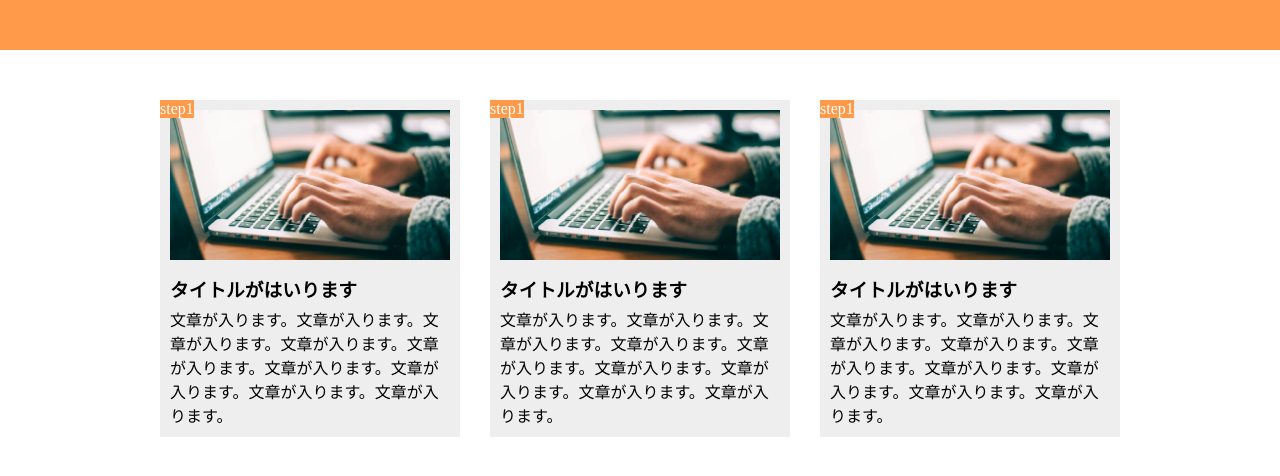
Repository: HARUNIKA/dmm-webcamp
Page: chapter9/chapter9.html
The author's editor kept a record of every edit. The page is drawn from the files as they stood at one moment, then again after the next edit.
The browser window is 1280 px wide. The pictures show the whole page.

Above is the page before.

### chapter9/chapter9.html
<!DOCTYPE html>
<html lang="ja">
  <head>
    <meta charset="UTF-8" />
    <link rel="stylesheet" href="chapter9.css" />
    <title>９章演習</title>
  </head>
  <body>
    <header></header>
    <main>
      <div class="step-box">
        <div class="step-img1"></div>
        <span class="step-num">step1</span>
        <h3 class="title">タイトルがはいります</h3>
        <p class="text">文章が入ります。文章が入ります。文章が入ります。文章が入ります。文章が入ります。文章が入ります。文章が入ります。文章が入ります。文章が入ります。</p>
      </div>
       <div class="step-box">
        <div class="step-img1"></div>
        <span class="step-num">step1</span>
        <h3 class="title">タイトルがはいります</h3>
        <p class="text">文章が入ります。文章が入ります。文章が入ります。文章が入ります。文章が入ります。文章が入ります。文章が入ります。文章が入ります。文章が入ります。</p>
      </div>
       <div class="step-box">
        <div class="step-img1"></div>
        <span class="step-num">step1</span>
        <h3 class="title">タイトルがはいります</h3>
        <p class="text">文章が入ります。文章が入ります。文章が入ります。文章が入ります。文章が入ります。文章が入ります。文章が入ります。文章が入ります。文章が入ります。</p>
      </div>
    </main>
  </body>

### chapter9/chapter9.css
* {
  box-sizing: border-box;
  margin: 0;
  padding: 0;
}

header{
  height: 50px;
  background-color: #ff9a4b;
}

main{
  width: 960px;
  margin: 50px auto;
  display: flex;
}

.step-box {
  width: 300px;
  margin-right: 30px;
  padding: 10px;
  position: relative;
  background-color: #eee;
}

.step-box:last-child {
  margin-right: 0;
}

.step-img1{
  height: 150px;
  background-image: url(img/flow01.png);
  background-position: bottom;
  background-size: cover;
}

.step-img2{
  height: 150px;
  background-image: url(img/flow02.png);
  background-position: bottom;
  background-size: cover;
}

.step-img3{
  height: 150px;
  background-image: url(img/flow03.png);
  background-position: bottom;
  background-size: cover;
}

.step-num{
  position: absolute;
  top: 0;
  left: 0;
  background-color: #ff9a4b;
  color: #fff;
}

.title{
  margin: 15px 0 5px;
}

footer{
  height: 50px;
  background-color: #aaa;
}

@media screen and (max-width:768px){
  header{
    width:100%;
  }

  main{
    width: 100%;
    display: block;
  }

  .step-box{
    width: 100%;
  }

  .padding{
    margin-bottom: 50px;
  }

After the next edit:
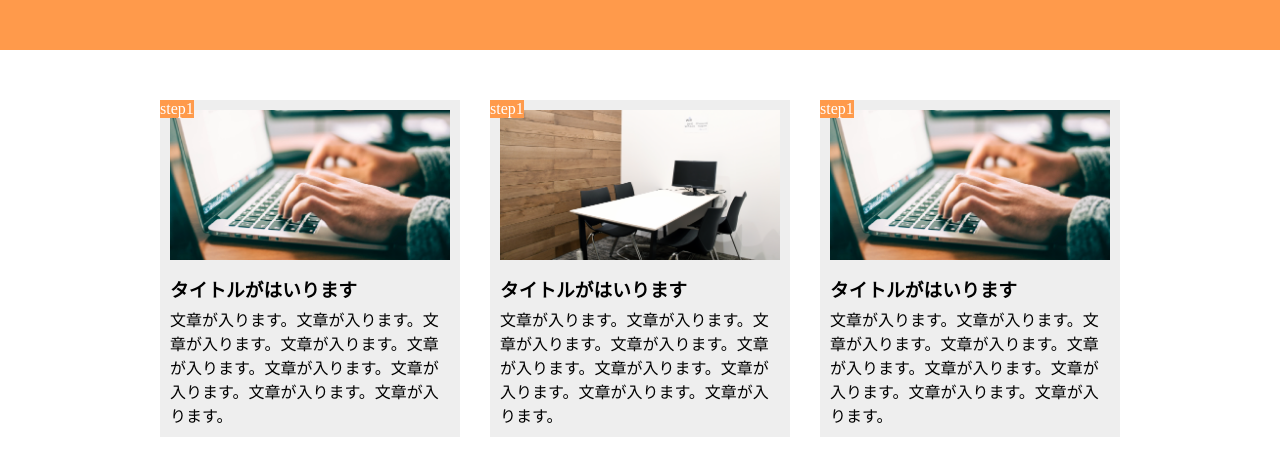
The edit:
--- a/chapter9/chapter9.html
+++ b/chapter9/chapter9.html
@@ -15,7 +15,7 @@
         <p class="text">文章が入ります。文章が入ります。文章が入ります。文章が入ります。文章が入ります。文章が入ります。文章が入ります。文章が入ります。文章が入ります。</p>
       </div>
        <div class="step-box">
-        <div class="step-img1"></div>
+        <div class="step-img2"></div>
         <span class="step-num">step1</span>
         <h3 class="title">タイトルがはいります</h3>
         <p class="text">文章が入ります。文章が入ります。文章が入ります。文章が入ります。文章が入ります。文章が入ります。文章が入ります。文章が入ります。文章が入ります。</p>
